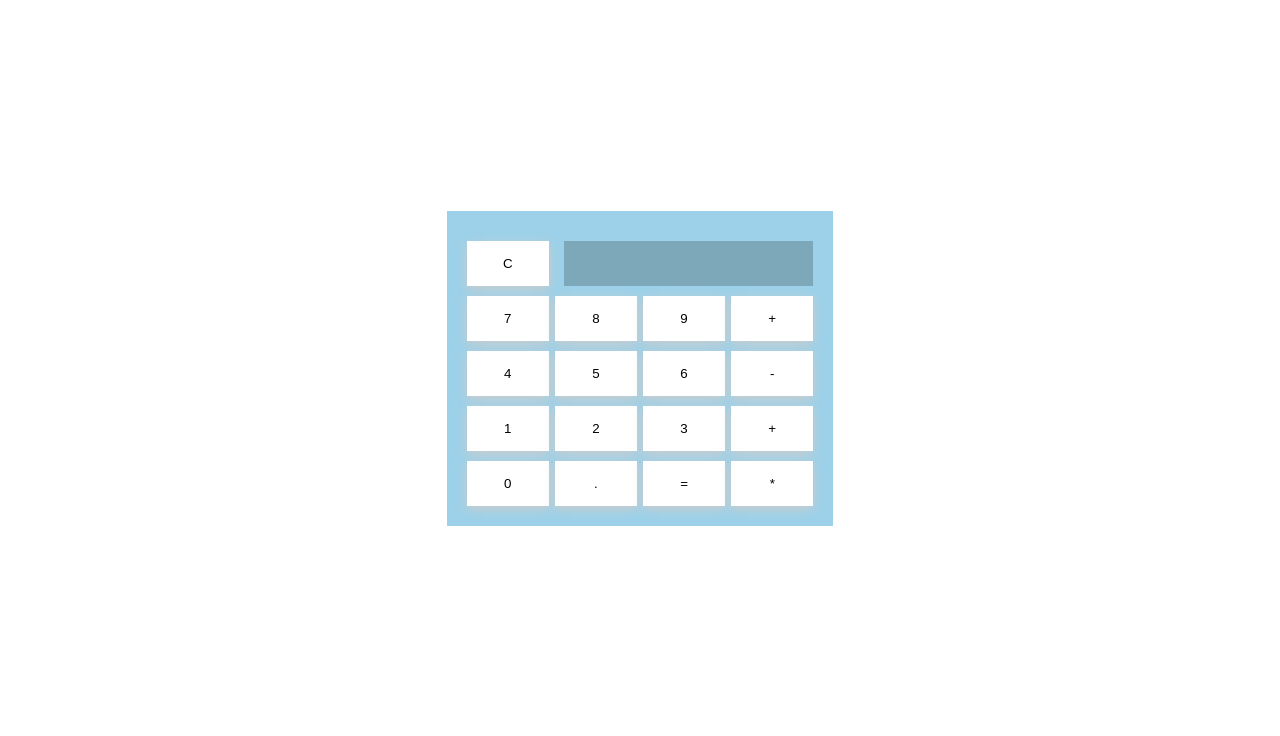
Repository: sem1103/calculator
Page: index.html
The author's editor kept a copy of each file at every save. The page is drawn from the files as they stood at one save, then again after the next save.
The browser window is 1280 px wide. The pictures show the whole page.

Above is the page before, as saved 2023-11-01 19:50:15.

After the next save:
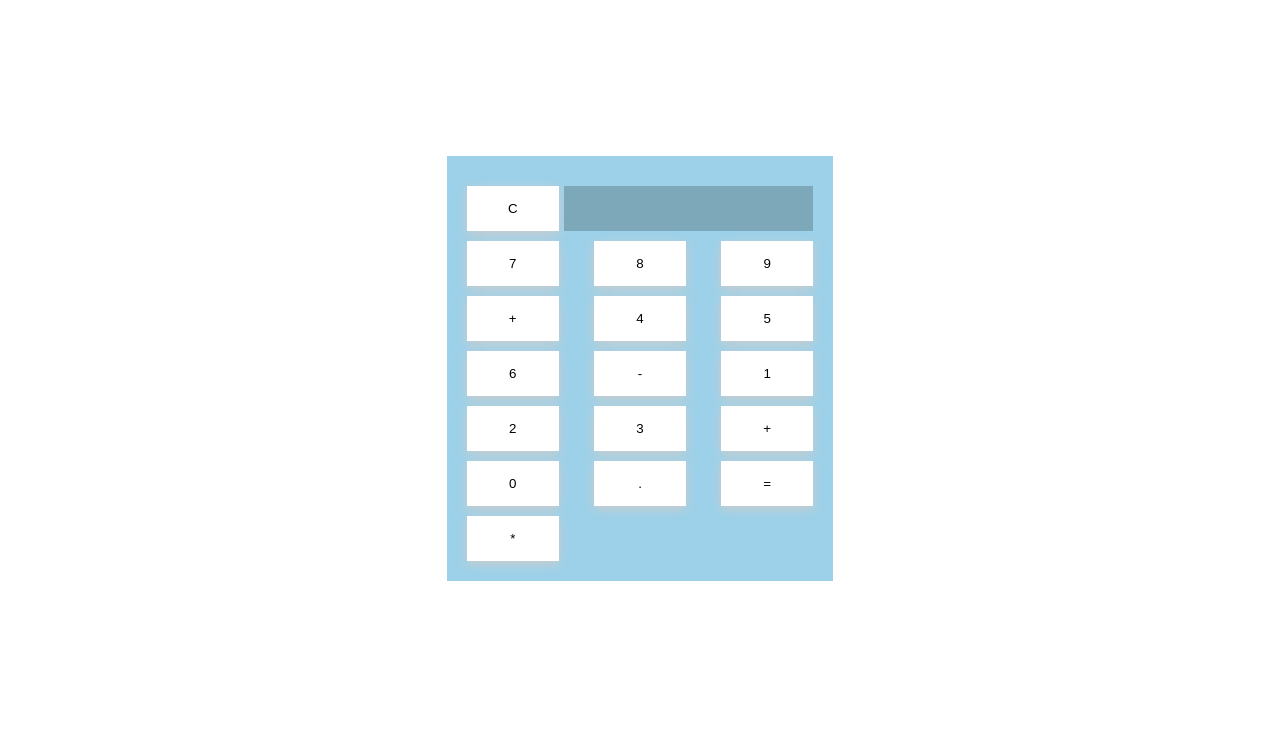
Saved 12 s later.
--- a/index.html
+++ b/index.html
@@ -6,6 +6,9 @@
     <meta name="viewport" content="width=device-width, initial-scale=1.0">
     <title>Calc</title>
     <style>
+        *{
+            box-sizing: content-box;
+        }
         .calc__container {
             display: flex;
             justify-content: center;

After the save that followed:
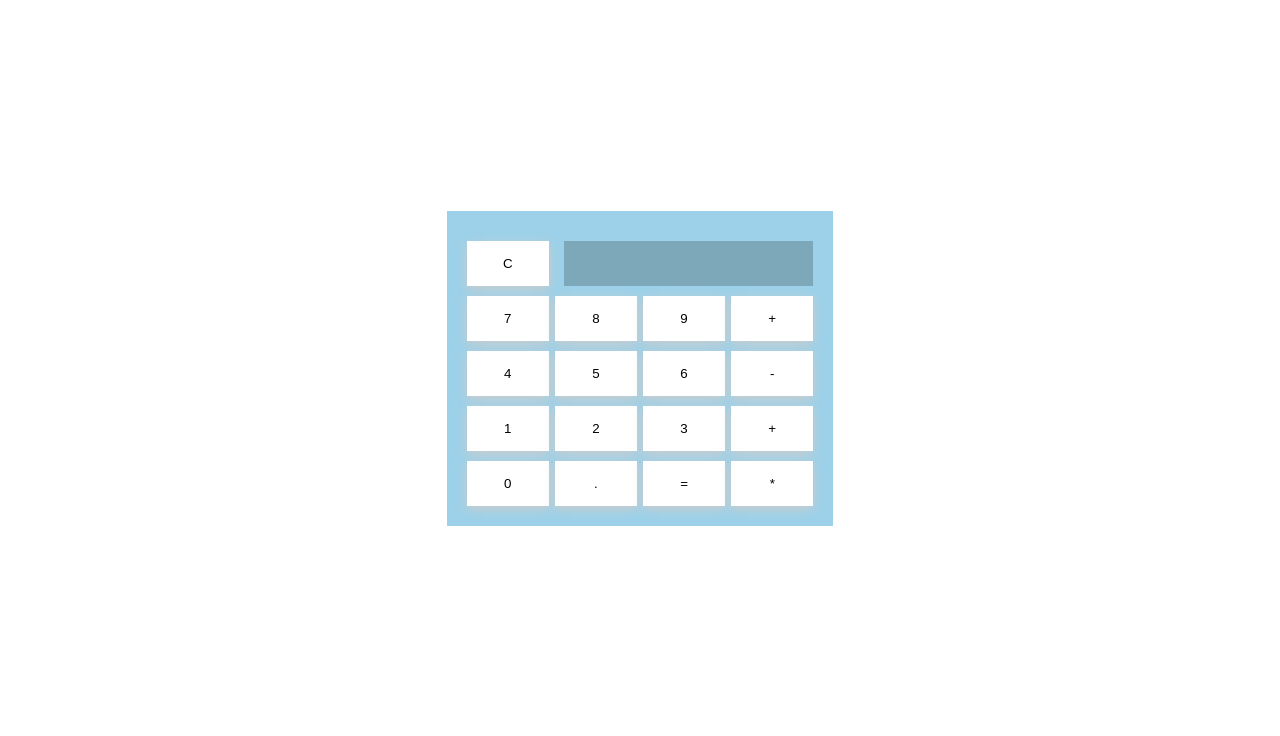
Saved 8 s later.
--- a/index.html
+++ b/index.html
@@ -7,7 +7,7 @@
     <title>Calc</title>
     <style>
         *{
-            box-sizing: content-box;
+            box-sizing: border-box;
         }
         .calc__container {
             display: flex;
